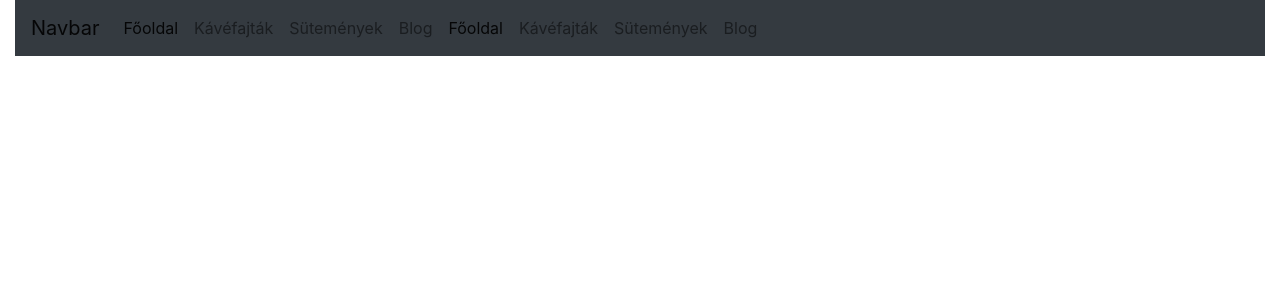
Repository: zsanber/kavezo
Page: index.html
These files come from the project's save history. The page is drawn as it stood at one moment and after the next save; the edit follows.
The browser window is 1280 px wide. The pictures show the whole page.

Above is the page before, as saved 2021-11-22 17:13:18.

### index.html
<!doctype html>
<html lang="en">
  <head>
    <!-- Required meta tags -->
    <meta charset="utf-8">
    <meta name="viewport" content="width=device-width, initial-scale=1, shrink-to-fit=no">

    <!-- Bootstrap CSS -->
    <link rel="stylesheet" href="https://cdn.jsdelivr.net/npm/bootstrap@4.6.1/dist/css/bootstrap.min.css" integrity="sha384-zCbKRCUGaJDkqS1kPbPd7TveP5iyJE0EjAuZQTgFLD2ylzuqKfdKlfG/eSrtxUkn" crossorigin="anonymous">

    <!-- CSS -->
    <link rel="stylesheet" href="/css/style.css">
    <title>Lucky Kávézó</title>
  </head>
  <body>
    <div class="container-fluid">
        <nav class="navbar navbar-expand-lg navbar-light bg-dark">
            <a class="navbar-brand" href="#">Navbar</a>
            <button class="navbar-toggler" type="button" data-toggle="collapse" data-target="#navbarAltMarkup" aria-controls="navbarNavDropdown" aria-expanded="false" aria-label="Toggle navigation">
            <span class="navbar-toggler-icon"></span>
            </button>
            <div class="collapse navbar-collapse" id="navbarAltMarkup">
            <div class="navbar-nav">
               <a class="nav-link active" href="#">Főoldal</a>
               <a class="nav-link" href="#">Kávéfajták</a>
               <a class="nav-link" href="#">Sütemények</a>
               <a class="nav-link" href="#">Blog</a>
            </div>
            <div class="navbar-nav">
                <a class="nav-link active" href="#">Főoldal</a>
                <a class="nav-link" href="#">Kávéfajták</a>
                <a class="nav-link" href="#">Sütemények</a>
                <a class="nav-link" href="#">Blog</a>
             </div>
        </nav>



    </div>





    <script src="https://cdn.jsdelivr.net/npm/jquery@3.5.1/dist/jquery.slim.min.js" integrity="sha384-DfXdz2htPH0lsSSs5nCTpuj/zy4C+OGpamoFVy38MVBnE+IbbVYUew+OrCXaRkfj" crossorigin="anonymous"></script>
    <script src="https://cdn.jsdelivr.net/npm/bootstrap@4.6.1/dist/js/bootstrap.bundle.min.js" integrity="sha384-fQybjgWLrvvRgtW6bFlB7jaZrFsaBXjsOMm/tB9LTS58ONXgqbR9W8oWht/amnpF" crossorigin="anonymous"></script>
  </body>
</html>

### css/style.css
.navbar-brand img {
    max-height:2REM;
}

nav {
    background-color: #1f5b25;
}

After the next save:
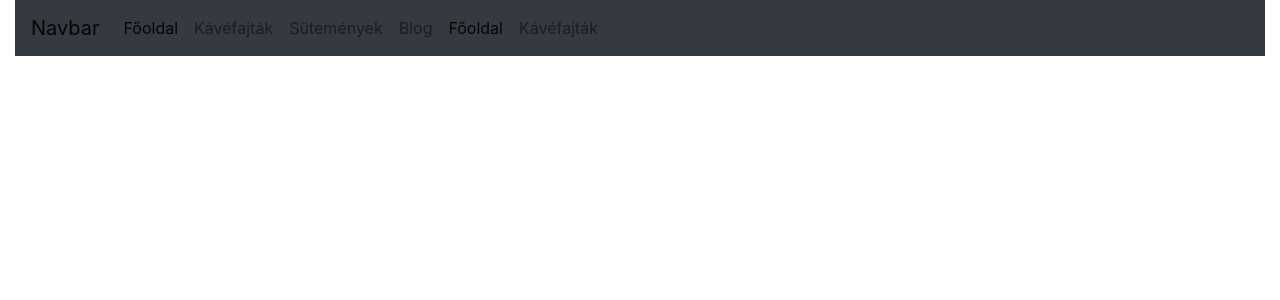
Saved 5 s later.
--- a/index.html
+++ b/index.html
@@ -29,8 +29,6 @@
             <div class="navbar-nav">
                 <a class="nav-link active" href="#">Főoldal</a>
                 <a class="nav-link" href="#">Kávéfajták</a>
-                <a class="nav-link" href="#">Sütemények</a>
-                <a class="nav-link" href="#">Blog</a>
              </div>
         </nav>
 
